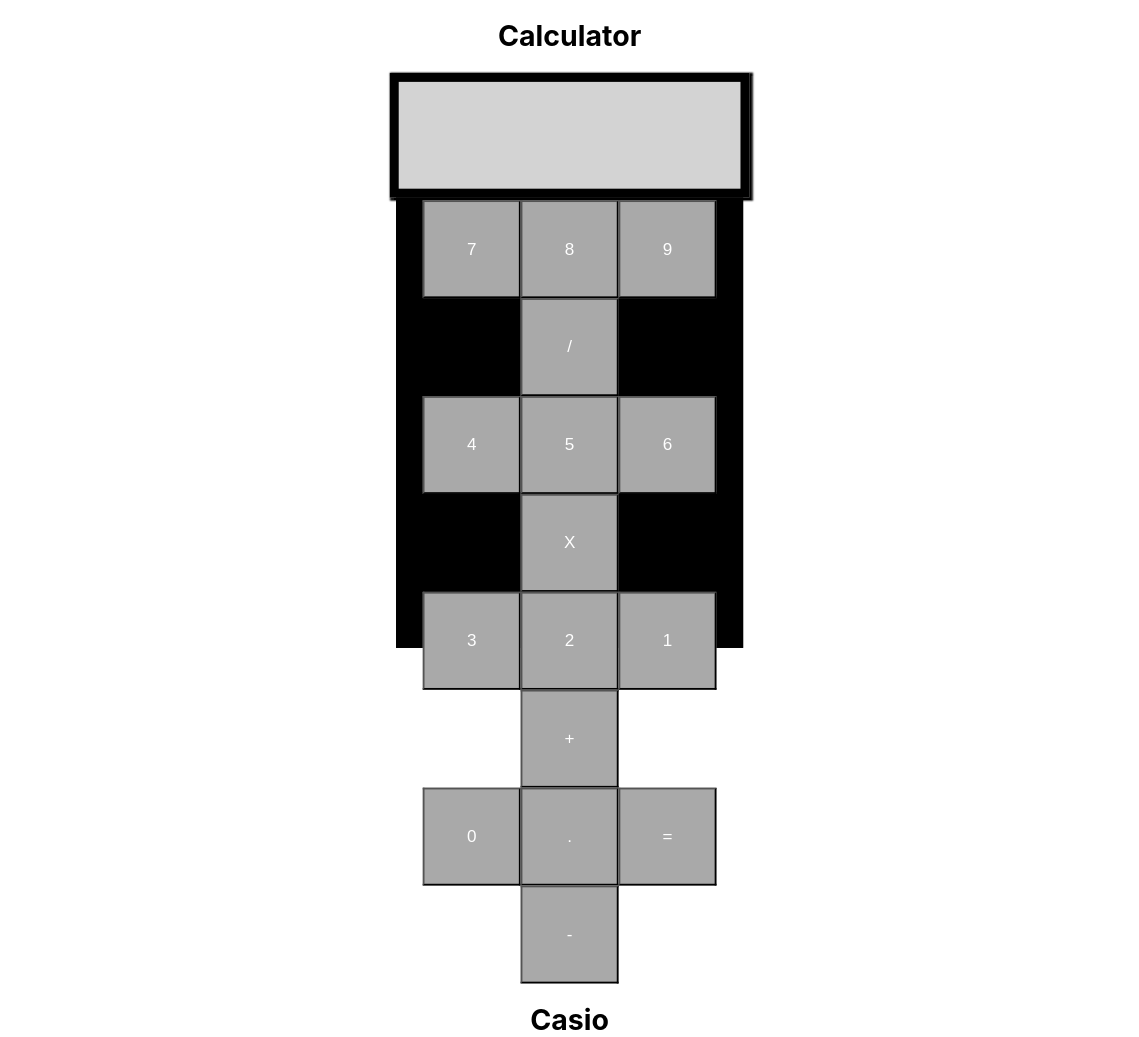
Repository: punitbathija/Placement-Assitance-iNeuron
Page: / (app in React/calculator/)
These files come from the project's save history. The page is drawn as it stood at one moment and after a run of saves; the edit follows.
The browser window is 1280 px wide. The pictures show the whole page, at 89% of full size.
The project was rebuilt for these pictures with package versions that can differ from the ones it lists, and the page was loaded fresh each time.

Above is the page before, as saved 2023-06-05 16:13:27.

After the next 2 saves:
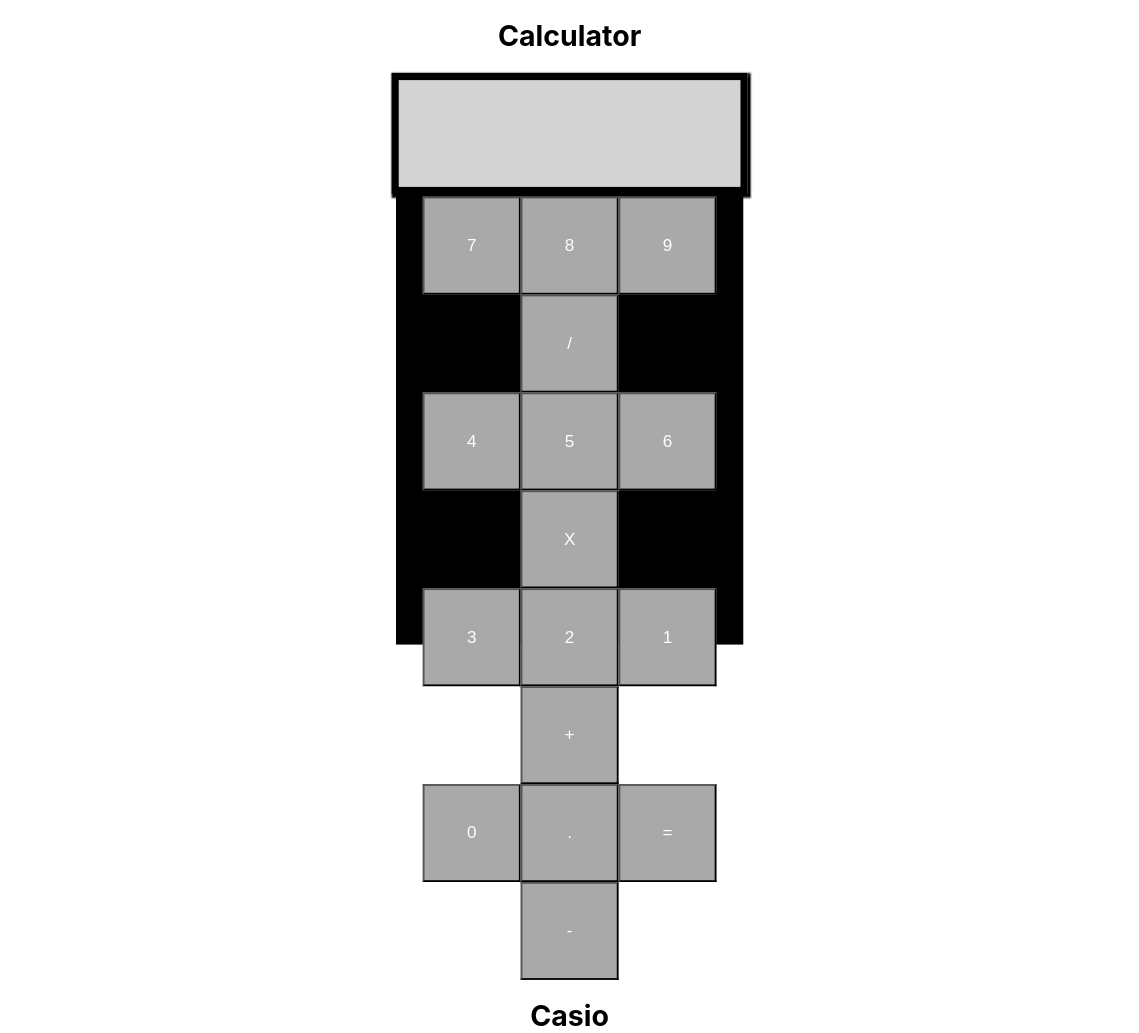
The 2 saves are shown as one change because they came seconds apart.
The last was saved 6 s later.
--- a/React/calculator/src/index.css
+++ b/React/calculator/src/index.css
@@ -15,7 +15,7 @@ code {
 .screen{
   height: 120px;
   width: 30%;
-  border:  10px solid black;
+  border:  8px solid black;
   margin: auto;
   background-color: lightgray;
   box-shadow: 2px 2px 2px 2px;
